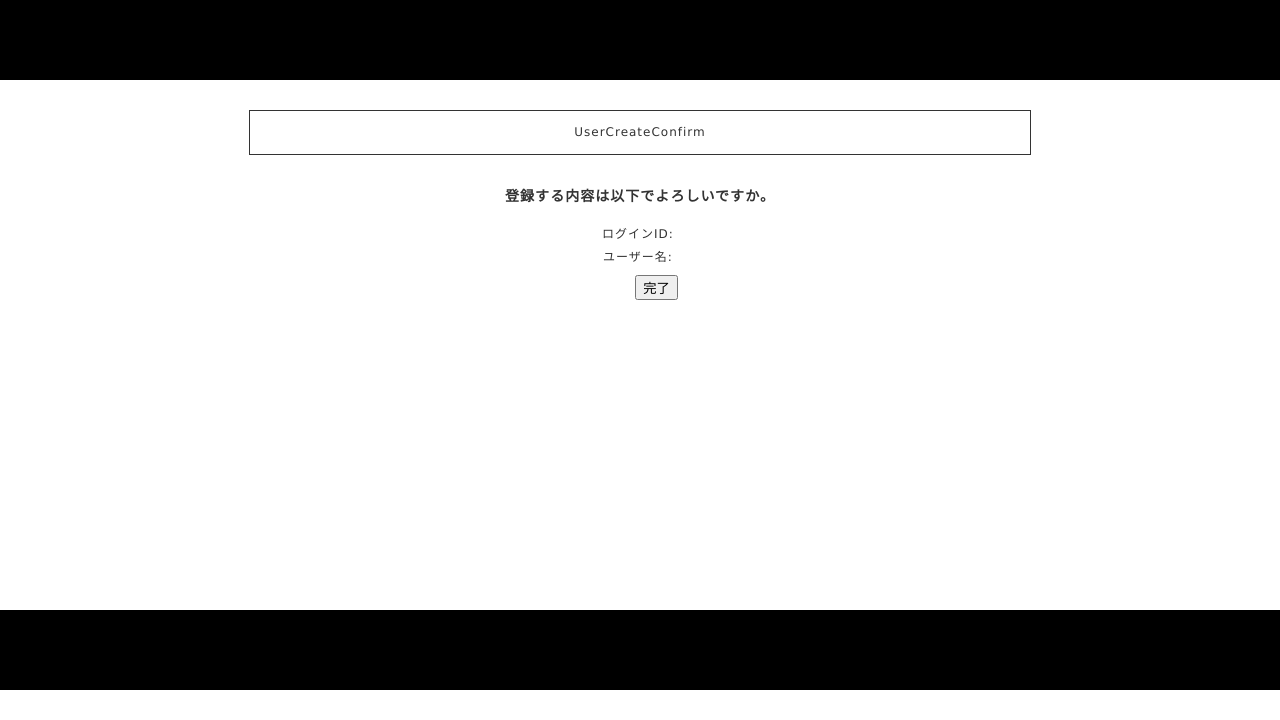
Repository: Numanaka/test
Page: http://localhost/template/userCreateConfirm.jsp
An editor plug-in stored every save of this project. The page is shown before and after the next save, followed by the edit.
The browser window is 1280 px wide. The pictures show the whole page.
The page is served by Tomcat 9.

Above is the page before, as saved 2019-07-05 06:37:54.

After the next save:
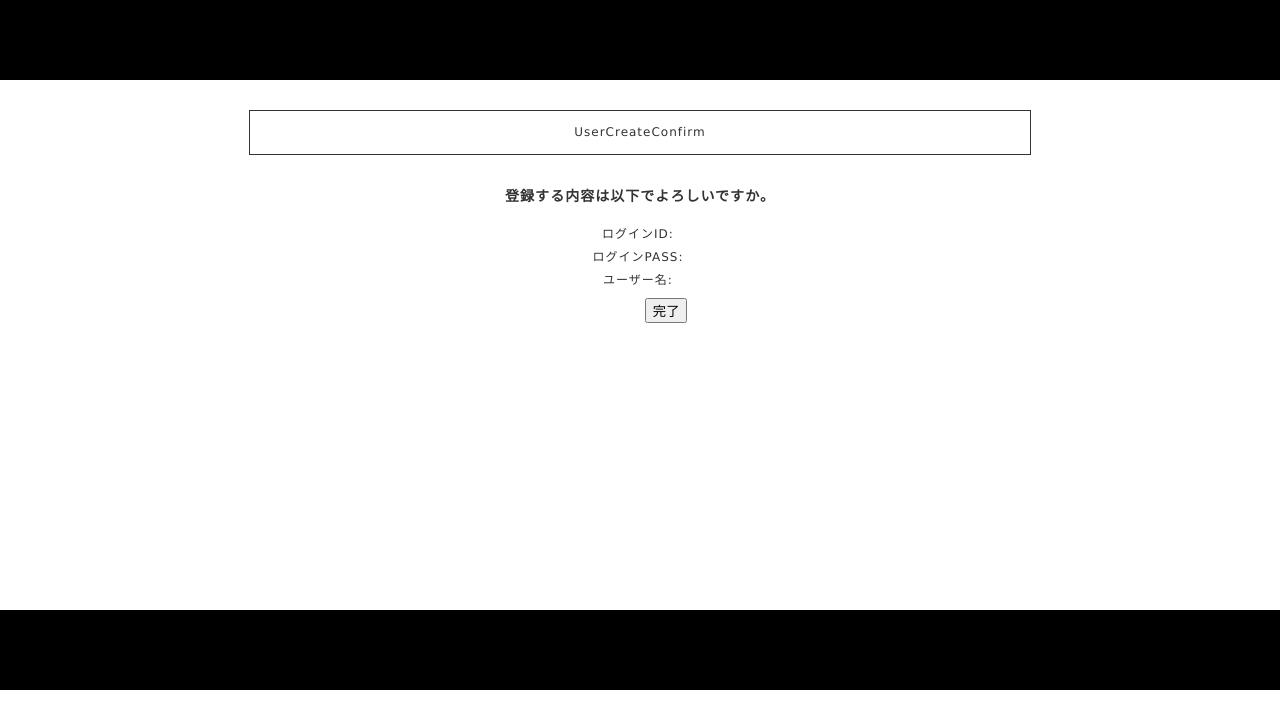
Saved 82 s later.
--- a/template/WebContent/userCreateConfirm.jsp
+++ b/template/WebContent/userCreateConfirm.jsp
@@ -88,6 +88,15 @@
 
 		<tr id="box">
 			<td>
+				<label>ログインPASS:</label>
+			</td>
+			<td>
+				<s:property value="loginPassword" escape="false"/>
+			</td>
+		</tr>
+
+		<tr id="box">
+			<td>
 				<label>ユーザー名:</label>
 			</td>
 			<td>
